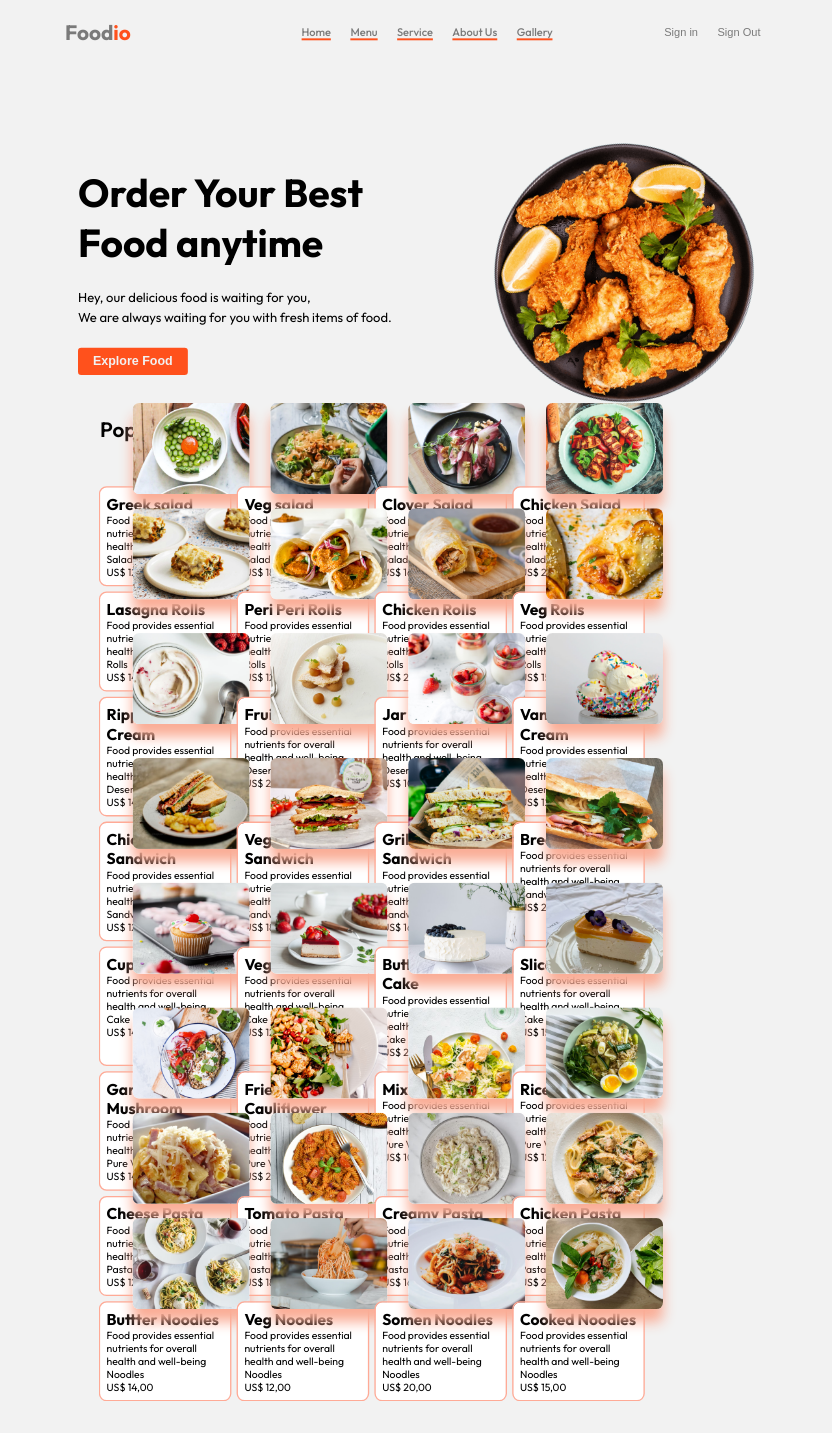
Repository: guilhermecardoso93/foodio
Page: /
The author's editor kept a copy of each file at every save. The page is drawn from the files as they stood at one save, then again after the next save.
The browser window is 1280 px wide. The pictures show the whole page, at 65% of full size.
The project was rebuilt for these pictures with package versions that can differ from the ones it lists, and the page was loaded fresh each time. Also part of the build but not shown: vite.config.js, src/index.css.

Above is the page before, as saved 2024-11-05 20:15:23.

### index.html
<!doctype html>
<html lang="en">

<head>
    <meta charset="UTF-8" />
    <link rel="icon" type="image/svg+xml" href="/" />
    <link rel="preconnect" href="https://fonts.googleapis.com">
    <link rel="preconnect" href="https://fonts.gstatic.com" crossorigin>
    <link href="https://fonts.googleapis.com/css2?family=Inter:ital,opsz,wght@0,14..32,100..900;1,14..32,100..900&family=Outfit:wght@100..900&display=swap" rel="stylesheet">
    <meta name="viewport" content="width=device-width, initial-scale=1.0" />
    <title>Foodio</title>
</head>

<body>
    <div id="root"></div>
    <script type="module" src="/src/main.jsx"></script>
</body>

</html>

### src/main.jsx
import { StrictMode } from "react";
import { createRoot } from "react-dom/client";
import { App } from "./App.jsx";

import "./index.css";
createRoot(document.getElementById("root")).render(
  <StrictMode>
    <App />
  </StrictMode>
);

### src/App.jsx
import "./App.css";
import { Main } from "./components/Main";
import { Menu } from "./components/Menu";

export function App() {
  return (
    <>
      <Menu />
      <Main />
    </>
  );
}

### src/App.css
*, ::after, ::before {
  margin: 0;
  padding: 0;
  box-sizing: border-box;
}

body {
  margin: 0 100px;
  background-color: #f2f2f2;
  font-family: "Outfit", serif;
}

### src/components/Main/index.jsx
import imagem1 from "../../assets/images/image1.png";
import imagem5 from "../../assets/images/image5.png";
import { food_list } from "../../assets/assets";
import { CardItem } from "../CardItem";

import "./styles.css";

export function Main() {
  return (
    <main>
      <section className="grid">
        <div className="content">
          <div className="content-left">
            <div className="info">
              <h2>
                Order Your Best
                <br />
                Food anytime
              </h2>
              <p>
                Hey, our delicious food is waiting for you, <br /> We are always
                waiting for you with fresh items of food.
              </p>
            </div>
            <button>Explore Food</button>
          </div>
          <div className="content-right">
            <img src={imagem1} alt="" />
            <img src={imagem5} alt="" />
            <img src={imagem1} alt="" />{" "}
          </div>
        </div>
      </section>
      <section className="category">
        <div className="list-items">
          <h3>Popular Dishes</h3>
          <div className="card-list">
            {food_list.map((item, index) => {
              return (
                <CardItem
                  image={item.image}
                  name={item.name}
                  price={item.price}
                  description={item.description}
                  category={item.category}
                  key={index}
                />
              );
            })}
          </div>
        </div>
      </section>
    </main>
  );
}

### src/components/Menu/index.jsx
import "./styles.css";

export function Menu() {
  function toggleMenu() {}

  return (
    <div className="navbar">
      <div className="navbar-logo">
        <h1>
          Food<b>io</b>
        </h1>
      </div>
      <div className="hamburguer" onClick={toggleMenu()}>
        <span className="bar"></span>
        <span className="bar"></span>
        <span className="bar"></span>
      </div>
      <ul className="navbar-link">
        <li className="active">
          <a href="/">Home</a>
        </li>
        <li className="active">
          <a href="/">Menu</a>
        </li>
        <li className="active">
          <a href="/">Service</a>
        </li>
        <li className="active">
          <a href="/">About Us</a>
        </li>
        <li className="active">
          <a href="/">Gallery</a>
        </li>
      </ul>
      <div className="auth-buttons">
        <input type="submit" className="sign" value="Sign in" name="signin" />
        <input type="submit" className="sign" value="Sign Out" name="signout" />
      </div>
    </div>
  );
}

### src/assets/assets.js

import food_1 from './food/food_1.png'
import food_2 from './food/food_2.png'
import food_3 from './food/food_3.png'
import food_4 from './food/food_4.png'
import food_5 from './food/food_5.png'
import food_6 from './food/food_6.png'
import food_7 from './food/food_7.png'
import food_8 from './food/food_8.png'
import food_9 from './food/food_9.png'
import food_10 from './food/food_10.png'
import food_11 from './food/food_11.png'
import food_12 from './food/food_12.png'
import food_13 from './food/food_13.png'
import food_14 from './food/food_14.png'
import food_15 from './food/food_15.png'
import food_16 from './food/food_16.png'
import food_17 from './food/food_17.png'
import food_18 from './food/food_18.png'
import food_19 from './food/food_19.png'
import food_20 from './food/food_20.png'
import food_21 from './food/food_21.png'
import food_22 from './food/food_22.png'
import food_23 from './food/food_23.png'
import food_24 from './food/food_24.png'
import food_25 from './food/food_25.png'
import food_26 from './food/food_26.png'
import food_27 from './food/food_27.png'
import food_28 from './food/food_28.png'
import food_29 from './food/food_29.png'
import food_30 from './food/food_30.png'
import food_31 from './food/food_31.png'
import food_32 from './food/food_32.png'


export const food_list = [
    {
        _id: "1",
        name: "Greek salad",
        image: food_1,
        price: 12,
        description: "Food provides essential nutrients for overall health and well-being",
        category: "Salad"
    },
    {
        _id: "2",
        name: "Veg salad",
        image: food_2,
        price: 18,
        description: "Food provides essential nutrients for overall health and well-being",
        category: "Salad"
    }, {
        _id: "3",
        name: "Clover Salad",
        image: food_3,
        price: 16,
        description: "Food provides essential nutrients for overall health and well-being",
        category: "Salad"
    }, {
        _id: "4",
        name: "Chicken Salad",
        image: food_4,
        price: 24,
        description: "Food provides essential nutrients for overall health and well-being",
        category: "Salad"
    }, {
        _id: "5",
        name: "Lasagna Rolls",
        image: food_5,
        price: 14,
        description: "Food provides essential nutrients for overall health and well-being",
        category: "Rolls"
    }, {
        _id: "6",
        name: "Peri Peri Rolls",
        image: food_6,
        price: 12,
        description: "Food provides essential nutrients for overall health and well-being",
        category: "Rolls"
    }, {
        _id: "7",
        name: "Chicken Rolls",
        image: food_7,
        price: 20,
        description: "Food provides essential nutrients for overall health and well-being",
        category: "Rolls"
    }, {
        _id: "8",
        name: "Veg Rolls",
        image: food_8,
        price: 15,
        description: "Food provides essential nutrients for overall health and well-being",
        category: "Rolls"
    }, {
        _id: "9",
        name: "Ripple Ice Cream",
        image: food_9,
        price: 14,
        description: "Food provides essential nutrients for overall health and well-being",
        category: "Deserts"
    }, {
        _id: "10",
        name: "Fruit Ice Cream",
        image: food_10,
        price: 22,
        description: "Food provides essential nutrients for overall health and well-being",
        category: "Deserts"
    }, {
        _id: "11",
        name: "Jar Ice Cream",
        image: food_11,
        price: 10,
        description: "Food provides essential nutrients for overall health and well-being",
        category: "Deserts"
    }, {
        _id: "12",
        name: "Vanilla Ice Cream",
        image: food_12,
        price: 12,
        description: "Food provides essential nutrients for overall health and well-being",
        category: "Deserts"
    },
    {
        _id: "13",
        name: "Chicken Sandwich",
        image: food_13,
        price: 12,
        description: "Food provides essential nutrients for overall health and well-being",
        category: "Sandwich"
    },
    {
        _id: "14",
        name: "Vegan Sandwich",
        image: food_14,
        price: 18,
        description: "Food provides essential nutrients for overall health and well-being",
        category: "Sandwich"
    }, {
        _id: "15",
        name: "Grilled Sandwich",
        image: food_15,
        price: 16,
        description: "Food provides essential nutrients for overall health and well-being",
        category: "Sandwich"
    }, {
        _id: "16",
        name: "Bread Sandwich",
        image: food_16,
        price: 24,
        description: "Food provides essential nutrients for overall health and well-being",
        category: "Sandwich"
    }, {
        _id: "17",
        name: "Cup Cake",
        image: food_17,
        price: 14,
        description: "Food provides essential nutrients for overall health and well-being",
        category: "Cake"
    }, {
        _id: "18",
        name: "Vegan Cake",
        image: food_18,
        price: 12,
        description: "Food provides essential nutrients for overall health and well-being",
        category: "Cake"
    }, {
        _id: "19",
        name: "Butterscotch Cake",
        image: food_19,
        price: 20,
        description: "Food provides essential nutrients for overall health and well-being",
        category: "Cake"
    }, {
        _id: "20",
        name: "Sliced Cake",
        image: food_20,
        price: 15,
        description: "Food provides essential nutrients for overall health and well-being",
        category: "Cake"
    }, {
        _id: "21",
        name: "Garlic Mushroom ",
        image: food_21,
        price: 14,
        description: "Food provides essential nutrients for overall health and well-being",
        category: "Pure Veg"
    }, {
        _id: "22",
        name: "Fried Cauliflower",
        image: food_22,
        price: 22,
        description: "Food provides essential nutrients for overall health and well-being",
        category: "Pure Veg"
    }, {
        _id: "23",
        name: "Mix Veg Pulao",
        image: food_23,
        price: 10,
        description: "Food provides essential nutrients for overall health and well-being",
        category: "Pure Veg"
    }, {
        _id: "24",
        name: "Rice Zucchini",
        image: food_24,
        price: 12,
        description: "Food provides essential nutrients for overall health and well-being",
        category: "Pure Veg"
    },
    {
        _id: "25",
        name: "Cheese Pasta",
        image: food_25,
        price: 12,
        description: "Food provides essential nutrients for overall health and well-being",
        category: "Pasta"
    },
    {
        _id: "26",
        name: "Tomato Pasta",
        image: food_26,
        price: 18,
        description: "Food provides essential nutrients for overall health and well-being",
        category: "Pasta"
    }, {
        _id: "27",
        name: "Creamy Pasta",
        image: food_27,
        price: 16,
        description: "Food provides essential nutrients for overall health and well-being",
        category: "Pasta"
    }, {
        _id: "28",
        name: "Chicken Pasta",
        image: food_28,
        price: 24,
        description: "Food provides essential nutrients for overall health and well-being",
        category: "Pasta"
    }, {
        _id: "29",
        name: "Buttter Noodles",
        image: food_29,
        price: 14,
        description: "Food provides essential nutrients for overall health and well-being",
        category: "Noodles"
    }, {
        _id: "30",
        name: "Veg Noodles",
        image: food_30,
        price: 12,
        description: "Food provides essential nutrients for overall health and well-being",
        category: "Noodles"
    }, {
        _id: "31",
        name: "Somen Noodles",
        image: food_31,
        price: 20,
        description: "Food provides essential nutrients for overall health and well-being",
        category: "Noodles"
    }, {
        _id: "32",
        name: "Cooked Noodles",
        image: food_32,
        price: 15,
        description: "Food provides essential nutrients for overall health and well-being",
        category: "Noodles"
    }
]

### src/components/CardItem/index.jsx
import "./styles.css";

export function CardItem({ image, name, price, description, category }) {
  function formatarPreco(valor) {
    return new Intl.NumberFormat("pt-BR", {
      style: "currency",
      currency: "USD",
    }).format(valor);
  }

  return (
    <div className="card">
      <img src={image} alt="" />
      <div className="food-title">
        <h1>{name}</h1>
      </div>
      <div className="desc-food">
        <p>{description}</p>
        <p>{category}</p>
      </div>
      <div className="price">
        <span>{formatarPreco(price)}</span>
      </div>
    </div>
  );
}

### src/components/Main/styles.css
.content {
  display: grid;
  grid-template-columns: 50% auto;
  margin-top: 100px;
  gap: 30px;
  align-items: center;
  justify-content: space-between;
  width: 100%;
}

.content-left {
  display: block;
  width: 100%;
}

.content-left .info {
  max-width: 100%;
  display: flex;
  flex-direction: column;
}

.content-left .info h2 {
  font-size: 60px;
  margin-bottom: 30px;
}

.content-left .info p {
  font-size: 20px;
  line-height: 2pc;
  margin-bottom: 30px;
}

.content-left button {
  padding: 10px 23px;
  background-color: #ff511c;
  color: #f2f2f2;
  border-radius: 5px;
  border: none;
  cursor: pointer;
  font-weight: 600;
  font-size: 1.2rem;
  margin-bottom: 5px;
}

.content-left button:hover {
  color: #ff511c;
  background-color: #f2f2f2;
  border: solid 2px #ff511c;
  padding: 8px 21px;
}

.grid {
  width: 100%;
  max-width: 1200px;
  margin: 0 auto;
  padding: 20px;
}

.content-right {
  position: relative;
  height: 400px;
  width: 400px;
  display: flex;
  justify-content: center;
  align-items: center;
}

.content-right img {
  position: absolute;
  width: 100%;
  height: 100%;
  object-fit: cover;
  opacity: 0;
  animation: imageSwitch 15s infinite, rotate 3s linear infinite;
  transform-origin: center center;
}

.content-right img:nth-child(1) {
  animation-delay: 0s;
}

.content-right img:nth-child(2) {
  animation-delay: 5s;
}

.content-right img:nth-child(3) {
  animation-delay: 10s;
}

@keyframes rotate {
  from {
    transform: rotate(0deg);
  }

  to {
    transform: rotate(360deg);
  }
}

@keyframes imageSwitch {
  0%, 33% {
    opacity: 1;
  }

  34%, 100% {
    opacity: 0;
  }
}

.category {
  width: 100%;
  display: flex;
  margin-bottom: 50px;
  justify-content: center;
}

.category .list-items {
  width: 90%;
  position: relative;
  position: relative;
}

.category .list-items h3 {
  font-size: 2rem;
  font-weight: 600;
  margin-bottom: 70px;
}

.category .list-items .card-list {
  display: flex;
  flex-wrap: wrap;
  gap: 12px;
}

### src/components/Menu/styles.css
.navbar {
  width: 100%;
  display: flex;
  justify-content: space-between;
  align-items: center;
  padding: 30px 0;
}

.navbar-logo {
  font-weight: 600;
  color: rgb(122, 122, 122);
}

.navbar-logo b {
  color: #ff511c;
}

.navbar-link {
  display: flex;
  list-style: none;
}

.navbar-link li {
  margin-right: 30px;
}

.navbar-link li a {
  text-decoration: none;
  color: rgb(122, 122, 122);
  font-weight: 500;
  font-size: 17px;
}

.navbar-link li a:hover {
  color: #ff511c;
}

.navbar-link .active::after {
  content: "";
  width: 100%;
  height: 3px;
  background-color: #ff511c;
  display: flex;
  position: relative;
  margin-top: 3x;
}

.auth-buttons {
  display: flex;
  align-items: center;
  gap: 10px;
}

input {
  padding: 10px;
  cursor: pointer;
  font-weight: 600;
}

.sign {
  background: transparent;
  border: none;
  color: rgb(122, 122, 122);
  font-weight: 500;
  font-size: 17px;
  text-decoration: none;
}

.sign:hover {
  background-color: #ff511c;
  border-radius: 10px;
  color: black;
}

### src/components/CardItem/styles.css
.card {
  width: 200px;
  height: auto;
  display: block;
  padding: 10px;
  border-radius: 10px;
  position: relative;
  background-color: #ffffff;
  outline: 2px solid #ffaa96;
}

.card img {
  width: 180px;
  border-radius: 10px;
  height: auto;
  bottom: 140px;
  left: 50px;
  object-fit: cover;
  object-position: center;
  background-repeat: no-repeat;
  position: absolute;
  box-shadow: 0 20px 20px #faad96 ;
}

After the next save:
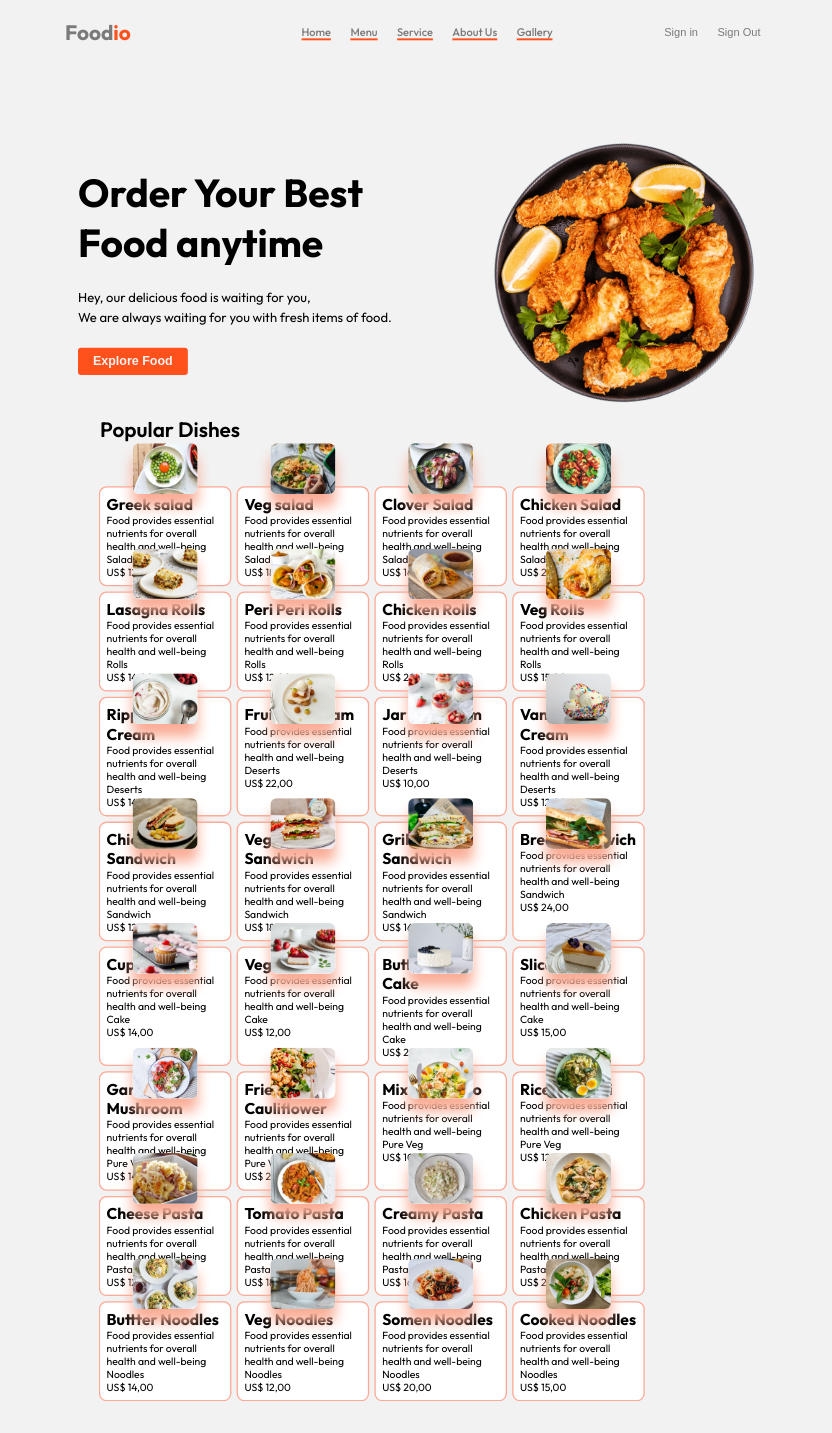
Saved 27 s later.
--- a/src/components/CardItem/styles.css
+++ b/src/components/CardItem/styles.css
@@ -10,7 +10,7 @@
 }
 
 .card img {
-  width: 180px;
+  width: 100px;
   border-radius: 10px;
   height: auto;
   bottom: 140px;
@@ -19,5 +19,5 @@
   object-position: center;
   background-repeat: no-repeat;
   position: absolute;
-  box-shadow: 0 20px 20px #faad96 ;
+  box-shadow: 0 20px 20px #faad96;
 }
